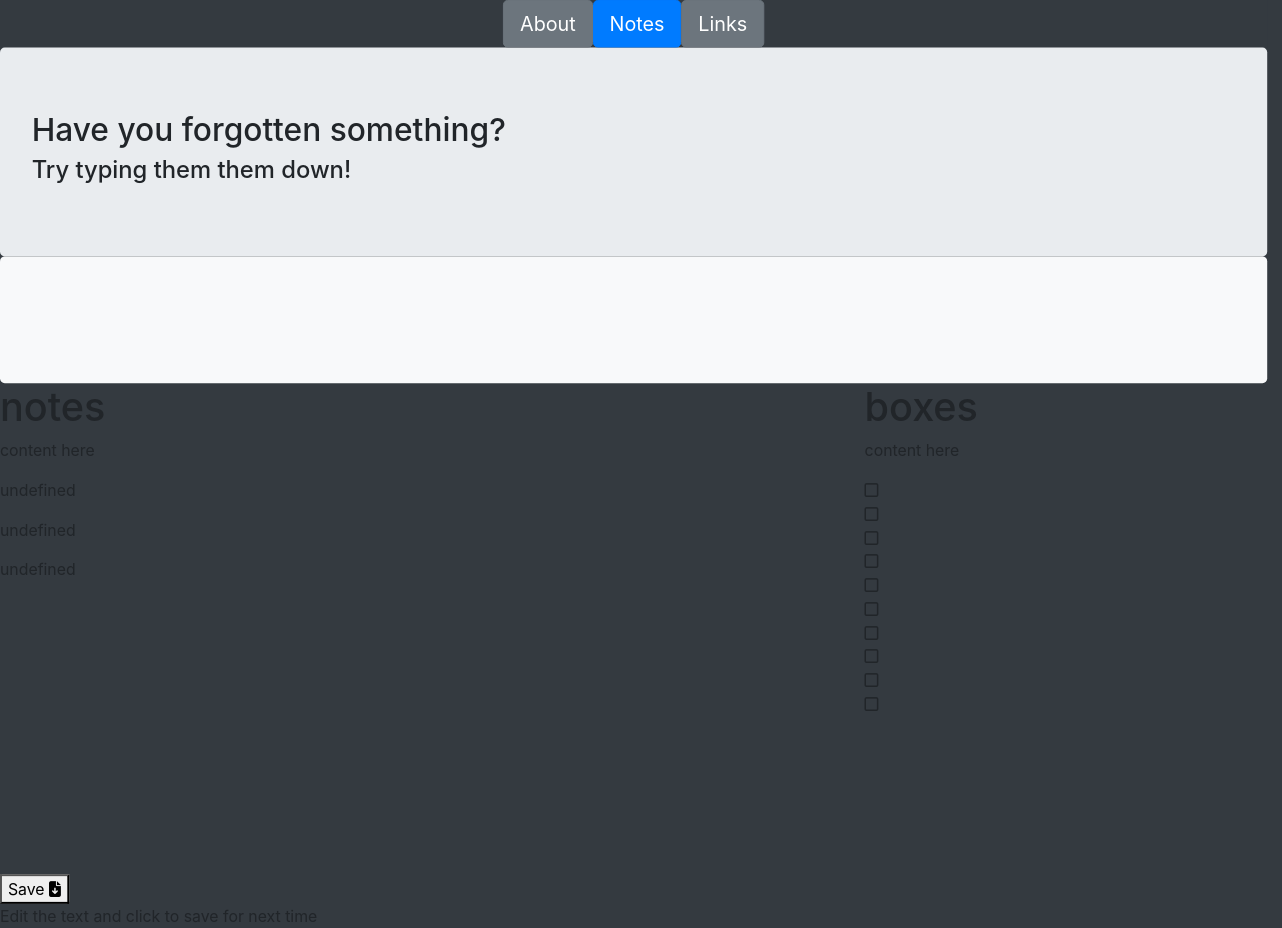
Repository: Kamicoda/Noteblock
Page: index.html
The author's editor kept a record of every edit. The page is drawn from the files as they stood at one moment, then again after the next edit.
The browser window is 1280 px wide. The page is 1295 px wide, so the pictures cover 1295 px, including what lies to the right of the window. The pictures show the whole page, at 99% of full size.
Some web libraries are served in a nearby version.

Above is the page before.

After the next edit:
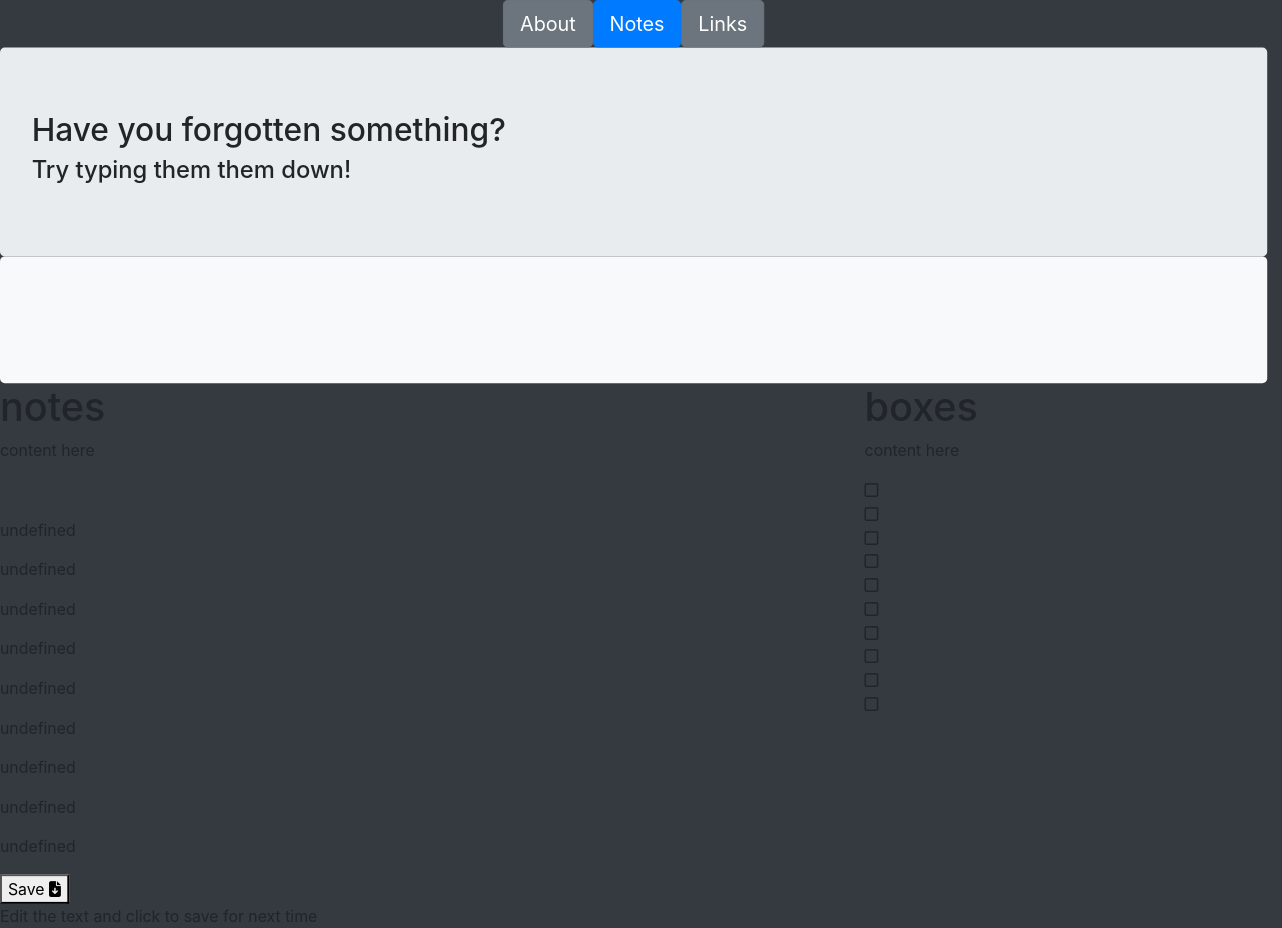
The edit:
--- a/assets/js/script2.js
+++ b/assets/js/script2.js
@@ -20,13 +20,13 @@
 document.getElementById("edit").innerHTML = localStorage.userEdits;
 document.getElementById("edit1").innerHTML = localStorage.userEdits1;
 document.getElementById("edit2").innerHTML = localStorage.userEdits2;
-document.getElementById("edit").innerHTML = localStorage.userEdits;
-document.getElementById("edit").innerHTML = localStorage.userEdits;
-document.getElementById("edit").innerHTML = localStorage.userEdits;
-document.getElementById("edit").innerHTML = localStorage.userEdits;
-document.getElementById("edit").innerHTML = localStorage.userEdits;
-document.getElementById("edit").innerHTML = localStorage.userEdits;
-document.getElementById("edit").innerHTML = localStorage.userEdits;
+document.getElementById("edit3").innerHTML = localStorage.userEdits;
+document.getElementById("edit4").innerHTML = localStorage.userEdits;
+document.getElementById("edit5").innerHTML = localStorage.userEdits;
+document.getElementById("edit6").innerHTML = localStorage.userEdits;
+document.getElementById("edit7").innerHTML = localStorage.userEdits;
+document.getElementById("edit8").innerHTML = localStorage.userEdits;
+document.getElementById("edit9").innerHTML = localStorage.userEdits;
 }
 
 //original code idea from https://www.developerdrive.com/allowing-users-to-edit-text-content-with-html5/
